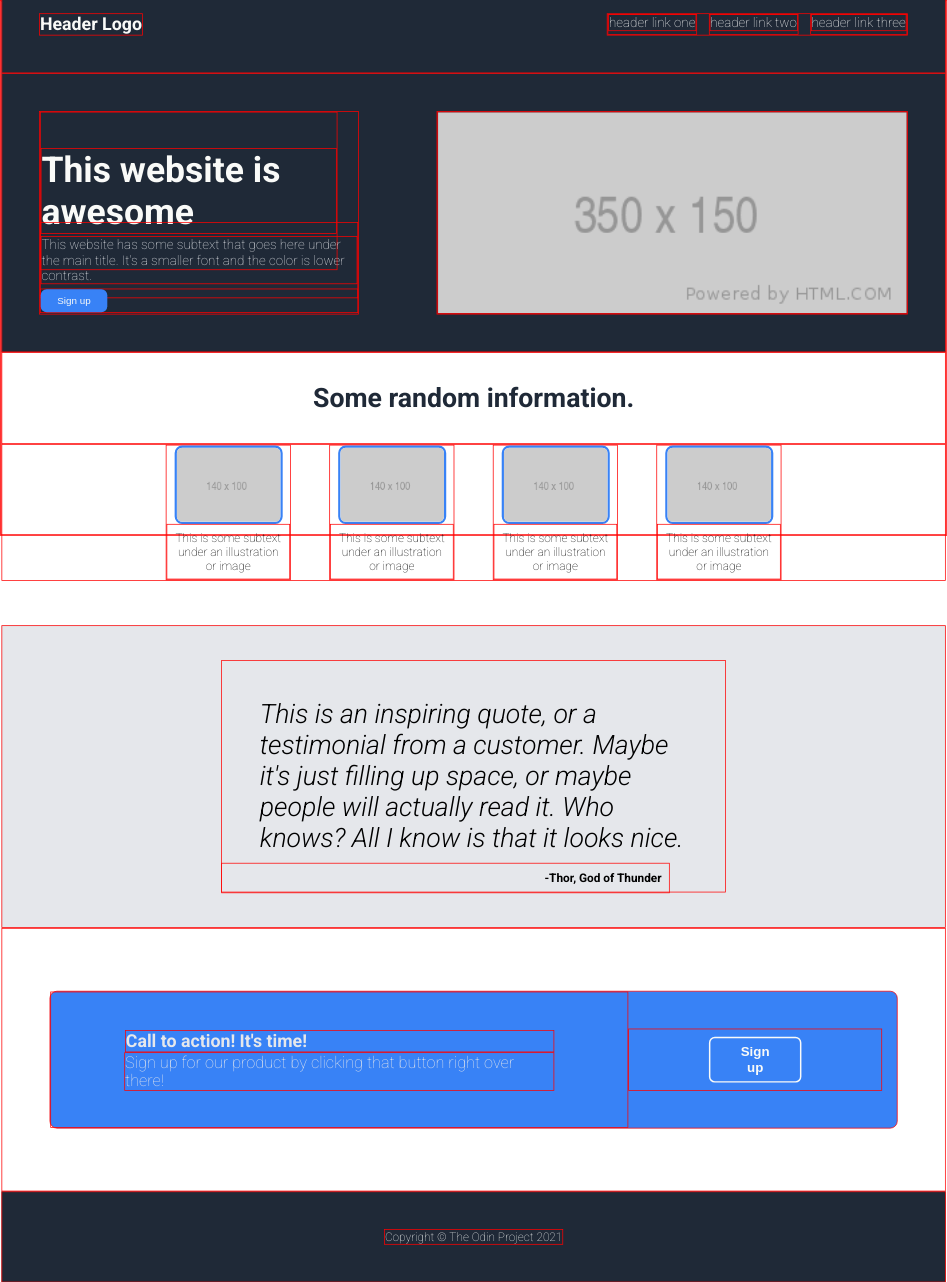
Repository: weazzyefff/The-Landing-Page
Page: index.html
An editor plug-in stored every save of this project. The page is shown before and after the next save, followed by the edit.
The browser window is 1280 px wide. The pictures show the whole page, at 74% of full size.

Above is the page before, as saved 2022-11-01 19:45:20.
Not found: index.js

### index.html
<!DOCTYPE html>
<html lang="en">

<head>
  <meta charset="UTF-8">
  <meta name="viewport" content="width=device-width, initial-scale=1.0">
  <meta http-equiv="X-UA-Compatible" content="ie=edge">
  <title>The Landing Page</title>
  <link rel="stylesheet" href="css/styles.css">
  <link rel="preconnect" href="https://fonts.googleapis.com">
  <link rel="preconnect" href="https://fonts.gstatic.com" crossorigin>
  <link href="https://fonts.googleapis.com/css2?family=Roboto:ital,wght@0,100;0,700;1,300&display=swap"
    rel="stylesheet">
</head>

<body>
  <div class="header">
    <div class="icon">
      Header Logo
    </div>
    <ul class="right-links">
      <li><a href="#">header link one</a></li>
      <li><a href="#">header link two</a></li>
      <li><a href="#">header link three</a></li>
    </ul>
  </div>
  <div class="hero-container">
    <div class="hero-left">
      <div class="main-text">
        <p>This website is awesome</p>
      </div>
      <div class="secondary-text">
        <p>This website has some subtext that goes here under the main title. It's a smaller
          font and the color is lower contrast.
        </p>
      </div>
      <div class="button-container">
        <button class="button">Sign up</button>
      </div>
    </div>
    <div class="hero-right">
      <img src="img/350x150.png" class="hero-img" alt="Placeholder image">
    </div>
  </div>
  <div class="title">
    Some random information.
  </div>
  <div class="gallery-container">
    <div class="info">
      <img src="img/140x100.png" alt="Placeholder Image">
      <div class="text">This is some subtext under an illustration or image</div>
    </div>
    <div class="info">
      <img src="img/140x100.png" alt="Placeholder Image">
      <div class="text">This is some subtext under an illustration or image</div>
    </div>
    <div class="info">
      <img src="img/140x100.png" alt="Placeholder Image">
      <div class="text">This is some subtext under an illustration or image</div>
    </div>
    <div class="info">
      <img src="img/140x100.png" alt="Placeholder Image">
      <div class="text">This is some subtext under an illustration or image</div>
    </div>
  </div>
  <div class="quote-container">
    <div class="quote">This is an inspiring quote, or a testimonial from a
      customer. Maybe it's just filling up space, or maybe people will
      actually read it. Who knows? All I know is that it looks nice. </div>
    <div class="quotee">-Thor, God of Thunder</div>
  </div>
  <div class="call-container">
    <div class="inside-container">
      <div class="left-side">
        <p class="top-line">
          Call to action! It's time!
        </p>
        <p class="bottom-line">
          Sign up for our product by clicking that button right over there!
        </p>
      </div>
      <div class="right-side">
        <button>
          Sign up
        </button>
      </div>
    </div>
  </div>
  </div>
  <div class="footer">
    <div class="footerContent">
      Copyright © The Odin Project 2021
    </div>
  </div>
  <script src="index.js"></script>
</body>

</html>

### css/styles.css
* {
    border: 1px solid red;
}

.header,
.footer {
    display: flex;
    justify-content: space-between;
    padding: 50px;
    background-color: #1F2937;
    color: #f9faf8;
}

.header {
    margin-top: -35px
}

.footer {
    font-weight: 200;
    justify-content: center;
}

body {
    display: flex;
    height: 100vh;
    margin: 0;
    font-family: 'Roboto', sans-serif;
    flex-direction: column;
}

ul {
    list-style-type: none;
    display: flex;
    margin: 0;
    padding: 0;
    gap: 16px;
}

.header a {
    text-decoration: none;
    color: #f9faf8;
    font-size: 18px;
}

.icon {
    display: flex;
    font-size: 24px;
    font-weight: 800;
}

.footerContent {
    display: flex;
    justify-content: center;
    align-items: center;
}

.hero-container {
    display: flex;
    justify-content: space-between;
    padding: 50px;
    background-color: #1F2937;
    color: #E5E7EB;
}

.hero-left {
    display: flex;
    flex-direction: column;
    background-color: #1F2937;
    font-size: 18px;
    color: #E5E7EB;
}

.hero-left .main-text {
    font-size: 48px;
    color: #f9faf8;
    font-weight: 800;
}

.main-text {
    width: 400px;
    margin-bottom: -65px;
}

.secondary-text {
    width: 428px;
    margin-bottom: -13px;
}

.hero-right {
    display: flex;
    justify-content: center;
    align-items: center;
}

.hero-img {
    display: flex;
    justify-content: center;
    align-items: center;
    width: 633px;
}

.button {
    background-color: #3882f6;
    color: #f9faf8;
    padding: 8px 16px;
    border-radius: 8px;
    display: flex;
    align-items: center;
    justify-content: center;
    width: 90px;
    border-style: none;

}

.gallery-container {
    display: flex;
    justify-content: center;
    gap: 52px;
    margin-bottom: 60px;

}

.title {
    display: flex;
    justify-content: center;
    font-size: 36px;
    font-weight: 800;
    color: #1f2937;
    padding: 40px;
}

.info {
    display: flex;
    justify-content: center;
    flex-direction: column;
    align-items: center;
}

.info img {
    border-radius: 10px;
    border: 3px solid #3882f6;
}

.text {
    width: 149px;
    text-align: center;
    padding: 8px;
}

.quote-container {
    display: flex;
    flex-direction: column;
    justify-content: center;
    background-color: #E5E7EB;
    padding: 46px 296px;
}

.quote {
    padding: 51px;
    font-size: 36px;
    font-style: italic;
    font-weight: 300;
    margin-bottom: -40px;
}

.quotee {
    display: flex;
    justify-content: right;
    font-weight: 800;
    padding: 10px;
    margin-right: 76px;
}

.call-container {
    display: flex;
    flex-shrink: 0;
    padding: 59px 14px;
    justify-content: center;
    color: #E5E7EB;
}

.inside-container {
    display: flex;
    margin: 25px 50px;
    padding: 0px;
    justify-content: center;
    align-items: center;
    border-radius: 10px;
    background-color: #3882f6;
}

.top-line {
    margin-bottom: -22px;
    margin-left: 1px;
    font-size: 24px;
    font-weight: 800;
}

.bottom-line {
    font-size: 22px;
}
.left-side{
    display: flex;
    padding: 27px 99px;
    flex-direction: column;
}
.right-side{
    display: flex;
    padding: 10px 108px;
    margin-right: 20px;

}
.right-side button{
    border: solid 2px #f9faf8;
    padding: 8px 28px;
    font-size: 18px;
    font-weight: 800;
    border-radius: 8px;
    background-color: #3882f6;
    color: #f9faf8;
}
p {
    display: flex;
    justify-content: start;
}

After the next save:
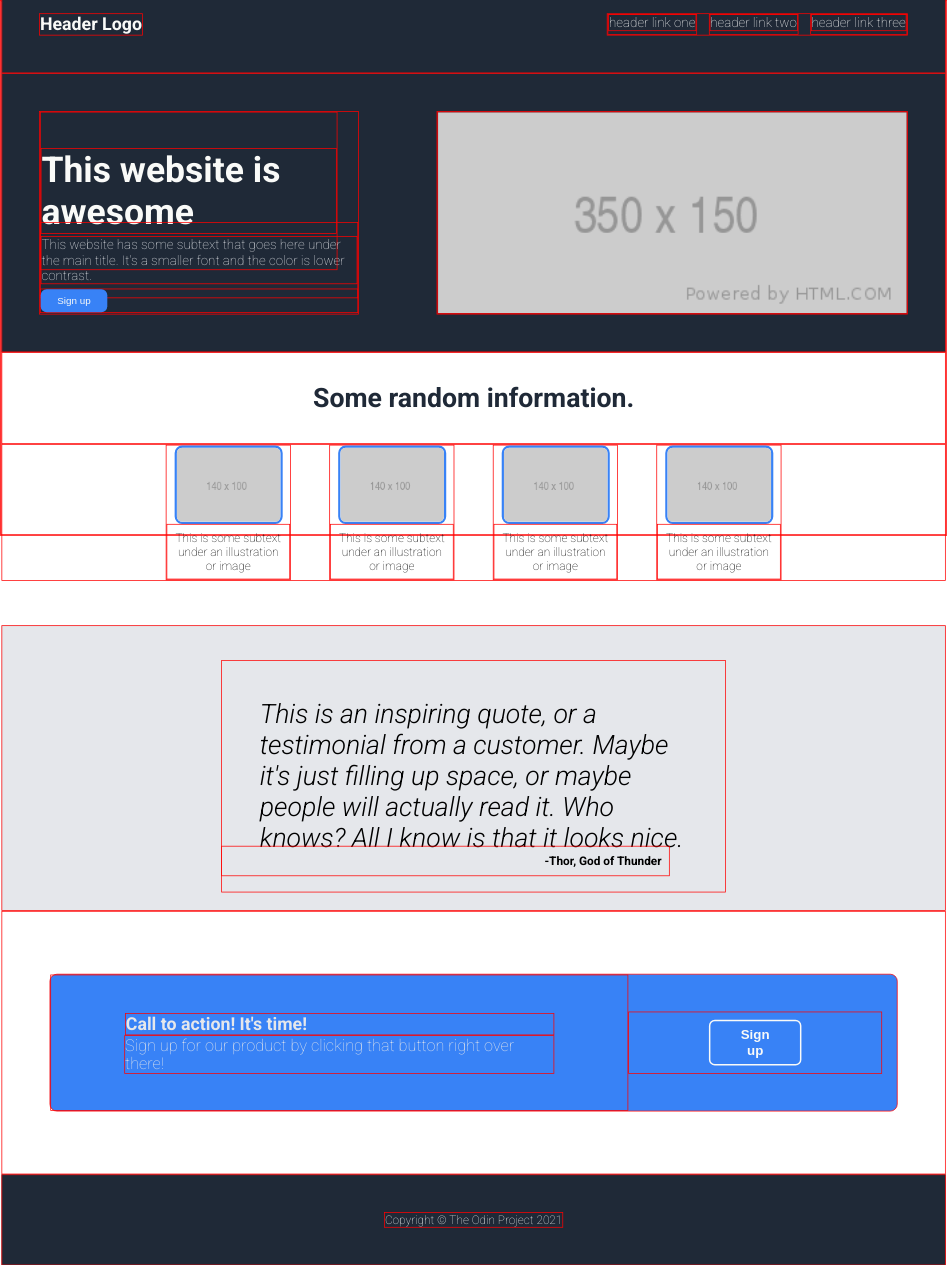
Saved 2 min 0 s later.
--- a/css/styles.css
+++ b/css/styles.css
@@ -169,6 +169,7 @@ ul {
     font-weight: 800;
     padding: 10px;
     margin-right: 76px;
+    margin-top: -23px;
 }
 
 .call-container {
